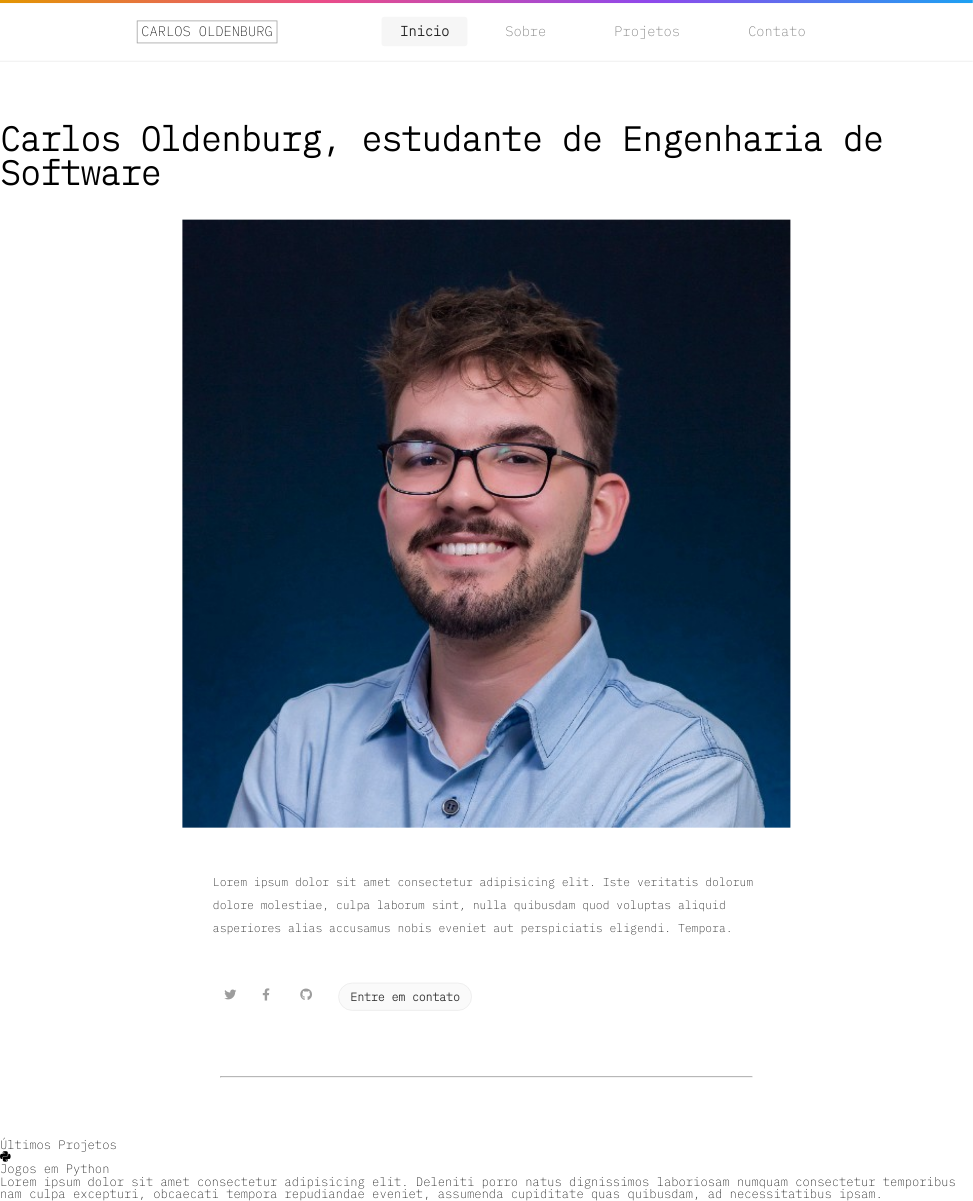
Repository: Carolden/PortfolioCrie
Page: index.html
The author's editor kept a copy of each file at every save. The page is drawn from the files as they stood at one save, then again after the next save.
The browser window is 1280 px wide. The pictures show the whole page, at 76% of full size.

Above is the page before, as saved 2023-05-23 09:51:19.

After the next save:
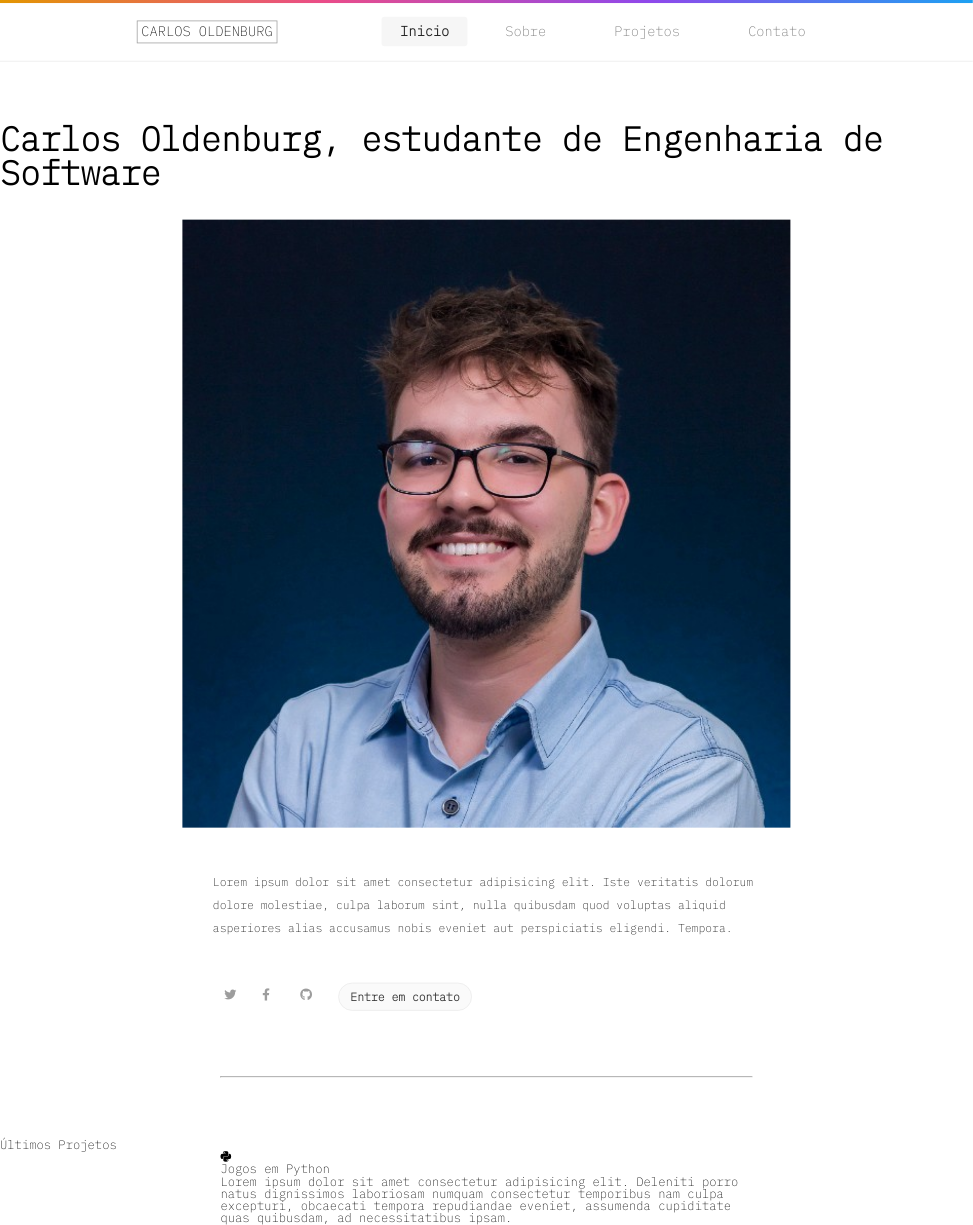
Saved 29 s later.
--- a/index.html
+++ b/index.html
@@ -8,6 +8,7 @@
 
     <link rel="stylesheet" href="styles/base/reset.css">
     <link rel="stylesheet" href="styles/base/body.css">
+    <link rel="stylesheet" href="styles/layout/container.css">
     <link rel="stylesheet" href="styles/layout/header.css">
     <link rel="stylesheet" href="styles/layout/index__section.css">
     <link rel="stylesheet" href="styles/components/header__a.css">
